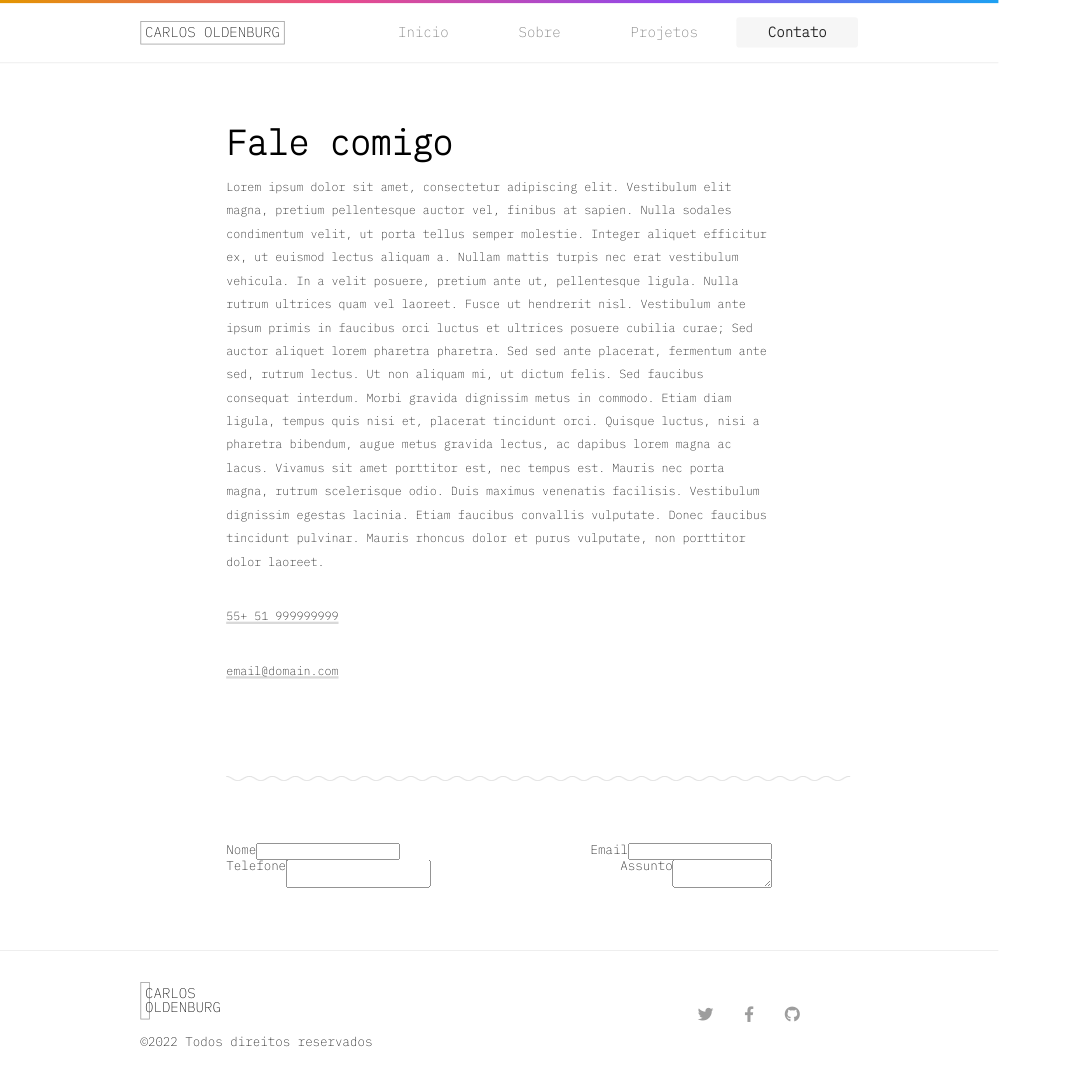
Repository: Carolden/PortfolioCrie
Page: contact.html
These files come from the project's save history. The page is drawn as it stood at one moment and after the next save; the edit follows.
The browser window is 1280 px wide. The page is 1380 px wide, so the pictures cover 1380 px, including what lies to the right of the window. The pictures show the whole page, at 78% of full size.

Above is the page before, as saved 2023-05-25 13:15:02.

### contact.html
<!DOCTYPE html>
<html lang="pt-BR">
<head>
    <meta charset="UTF-8">
    <meta http-equiv="X-UA-Compatible" content="IE=edge">
    <meta name="viewport" content="width=device-width, initial-scale=1.0">
    <title>Carlos Eduardo Oldenburg</title>

    <link rel="stylesheet" href="styles/base/reset.css">
    <link rel="stylesheet" href="styles/base/body.css">
    <link rel="stylesheet" href="styles/components/contact.css">
    <link rel="stylesheet" href="styles/layout/container.css">
    <link rel="stylesheet" href="styles/components/divisor.css">
    <link rel="stylesheet" href="styles/layout/footer.css">
    <link rel="stylesheet" href="styles/layout/header.css">
    <link rel="stylesheet" href="styles/layout/index__section.css">
    <link rel="stylesheet" href="styles/components/about__text.css">
    <link rel="stylesheet" href="styles/components/header__a.css">
    <link rel="stylesheet" href="styles/components/header__nav.css">
    <link rel="stylesheet" href="styles/components/hr.css">
    <link rel="stylesheet" href="styles/components/img__container.css">
    <link rel="stylesheet" href="styles/components/img__projeto.css">
    <link rel="stylesheet" href="styles/components/name__box.css">
    <link rel="stylesheet" href="styles/components/project__a.css">
    <link rel="stylesheet" href="styles/components/project__container.css">
    <link rel="stylesheet" href="styles/components/project__index.css">
    <link rel="stylesheet" href="styles/components/section__contact.css">
    <link rel="stylesheet" href="styles/components/section__image.css">
    <link rel="stylesheet" href="styles/components/section__p.css">
    <link rel="stylesheet" href="styles/components/section__title.css">
    <link rel="stylesheet" href="styles/components/work.css">
    <link rel="stylesheet" href="sobre.html">

    <link rel="preconnect" href="https://fonts.googleapis.com">
    <link rel="preconnect" href="https://fonts.gstatic.com" crossorigin>
    <link href="https://fonts.googleapis.com/css2?family=IBM+Plex+Mono:wght@200&family=Open+Sans:wght@800&display=swap" rel="stylesheet">
    <link rel="stylesheet" href="https://cdnjs.cloudflare.com/ajax/libs/font-awesome/6.4.0/css/all.min.css">


</head>
<body>

    <header class="header">

        <div class="name__container">
            <h2 class="name__box">CARLOS OLDENBURG</h2>
        </div>

        <nav class="header__nav">
            <a href="index.html" class="header__a">Inicio</a>
            <a href="sobre.html" class="header__a"> Sobre</a>
            <a href="projetos.html" class="header__a">Projetos</a>
            <a href="contact.html" class="header__a active">Contato</a>
        </nav>

    </header>

    <section>

        <div class="about__text">

        <h1 class="section__title section--align">Fale comigo</h1>
        <p class="section__p about--p">Lorem ipsum dolor sit amet, consectetur adipiscing elit. Vestibulum elit magna, pretium pellentesque auctor vel, finibus at sapien. Nulla sodales condimentum velit, ut porta tellus semper molestie. Integer aliquet efficitur ex, ut euismod lectus aliquam a. Nullam mattis turpis nec erat vestibulum vehicula.

            In a velit posuere, pretium ante ut, pellentesque ligula. Nulla rutrum ultrices quam vel laoreet. Fusce ut hendrerit nisl. Vestibulum ante ipsum primis in faucibus orci luctus et ultrices posuere cubilia curae; Sed auctor aliquet lorem pharetra pharetra. Sed sed ante placerat, fermentum ante sed, rutrum lectus. Ut non aliquam mi, ut dictum felis.

            Sed faucibus consequat interdum. Morbi gravida dignissim metus in commodo. Etiam diam ligula, tempus quis nisi et, placerat tincidunt orci. Quisque luctus, nisi a pharetra bibendum, augue metus gravida lectus, ac dapibus lorem magna ac lacus. Vivamus sit amet porttitor est, nec tempus est.

            Mauris nec porta magna, rutrum scelerisque odio. Duis maximus venenatis facilisis. Vestibulum dignissim egestas lacinia. Etiam faucibus convallis vulputate. Donec faucibus tincidunt pulvinar. Mauris rhoncus dolor et purus vulputate, non porttitor dolor laoreet.</p>

        </div>

        <p class="section__p about--p container contact">55+ 51 999999999</p>

        <p class="section__p about--p container contact">email@domain.com</p>

        <div class="div__divisor index--divisor">

            <img src="images/Divisor.png" alt="" class="img__divisor">

        </div>

    </section>

    <section class="container">

        <form action="">

            <div class="contactrow">

                <div class="contactcolumn">

                    <label for="nome" class="label">Nome</label>
                    <input id="nome" type="text" class="input">

                </div>
                <div class="contactcolumn"></div>

                    <label for="email" class="label">Email</label><br>
                    <input id="email" required type="email" class="input">

                </div>

            </div>

            <div class="contactrow">

                <div class="contactcolumn">

                    <label for="telefone" class="label">Telefone</label><br>
                    <input id="telefone" type="tel">

                </div>

                <div class="contactcolumn"></div>
                    <label for="msg" class="label">Assunto</label><br>
                    <textarea id="msg" class="textarea"></textarea>
                </div>
            </div>
        </form>

    </section>












    <footer class="footer">

        <div class="name__container footer__column">

            <h2 class="name__box name--footer">CARLOS OLDENBURG</h2>
            <p class="footer__p">©2022 Todos direitos reservados</p>

        </div>

        <div class="footer__column footer__icons">

            <i class="fa-brands fa-twitter contact__icon"></i>
            <i class="fa-brands fa-facebook-f contact__icon"></i>
            <i class="fa-brands fa-github contact__icon"></i>

        </div>

    </footer>



</body>
</html>

### styles/base/body.css
body {
    font-family: 'IBM Plex Mono', monospace;
    overflow-y: scroll;
}

### styles/components/contact.css
.contact {
    padding: 20px 0 20px 0;
    text-decoration: underline 3px #D9D9D9;
    line-height: 30px;
}

.contactrow {
    display: flex;
    width: 100%;
    justify-content: space-around
}

.contactcolumn {
    width: 50%;
    display: flex;
}

.label {
    display: block;
    margin-bottom: 5px;
}

### styles/layout/container.css
.container {
    padding: 0 290px 0 290px;
}

### styles/components/divisor.css
.img__divisor {
    padding: 0 290px 0 290px;
    color: #EAEAEA;
    width: 100%;

}

.div__divisor {
    display: flex;
}

.index--divisor {
    margin: 80px 0 80px 0;
}

### styles/layout/footer.css
.footer {
    display: flex;
    box-sizing: border-box;
    align-items: center;
    border-top: 1px solid #EAEAEA;
    margin-top: 80px;
    align-items: center;
}

.name--footer {
    margin: 40px 550px 20px 180px;
}

footer p {
    margin: 0 0 40px 180px;
}

.footer__column {
    width: 50%;
}

.footer__icons {
    text-align: center;
}

### styles/layout/header.css
.header {
    display: flex;
    justify-content: space-between;
    height: 80px;
    width: 100%;
    left: 0px;
    top: 4px;
    border-radius: 0px;
    box-sizing: border-box;
    /* position: absolute; */
    align-items: center;
    border-top: 4px;
    border-image: linear-gradient(to right, #E39600, #EA4C89, #8F48EB, #1DA1F2) 1;
    border-style: solid;
}

### styles/layout/index__section.css
.index__section {
    display: flex;
    flex-direction: column;
    align-items: center;
    border-top: 1px solid #EAEAEA;
    padding: 80px 0 50px 0;
}

### styles/components/about__text.css
.about__text {
    /* display: flex; */
    padding: 80px 290px 0 290px;
    align-items: left;
    flex-direction: column;
    border-top: 1px solid #EAEAEA;
}

### styles/components/header__a.css
.header__a {
    padding: 40px;
    text-decoration: none;
    color: #6C6C6C;
    font-size: 18px;
}

.active {
    color: #242424;
    font-weight: 600;
    background: #F6F6F6;
    border-radius: 4px;
    padding-top: 8px;
    padding-bottom: 8px;
}

### styles/components/header__nav.css
.header__nav {
    margin-right: 180px;
}

### styles/components/hr.css
.hr {
    padding: 0 290px 0 290px;
    color: #EAEAEA;
    width: 100%;

}

### styles/components/img__container.css
.img__container {
    display: flex;
    justify-content: center;
    align-items: center;
}

### styles/components/img__projeto.css
.img__projeto {
    width: 1000px;
    height: 500px;
    align-items: center;
    margin-bottom: 40px;
}

.img--cover {
    object-fit: cover;
}

### styles/components/name__box.css
.name__box {
    border: 1px solid #9D9D9D;
    padding: 5px;
    margin-left: 180px;
    font-size: 18px;
}

### styles/components/project__a.css
.project__a {
    text-decoration: none;
    color: inherit;
}

### styles/components/project__container.css
.project__container {
    display: flex;
    flex-direction: column;
    padding-bottom: 80px;
}

.project__container:last-child {
    padding-bottom: 40px;
}

### styles/components/project__index.css
.project__h2 {
    padding-bottom: 80px;
    font-size: 24px;
    font-weight: 600;
}

.project__index {
    border: 1px solid #EAEAEA;
    margin: 0 290px 20px 290px;
    display: flex;
    background-color: #FAFAFA;
}

.project__icon {
    font-size: 80px;
    padding: 40px 20px 40px 40px;
    color: #E39600;
}

.project__h3 {
    font-size: 18px;
    font-weight: 600;
    padding: 40px 0 20px 20px;
    line-height: 30px;
}

.project__p {
    padding: 0 40px 40px 20px;
    line-height: 30px;
}

.icon--color--pink {
    color: #EA4C89;
}

### styles/components/section__contact.css
.section__contact {
    display: flex;
    margin: 0 280px 0 280px;
    align-items: center;
}

.contact__icon {
    padding: 15px;
    font-size: 20px;
    color: #9D9D9D;
}

.contact__button {
    text-decoration: none;
    padding-left: 15px;
    color: #363636;
    font-weight: 600;
    font-size: 15px;
    border: 1px solid #EAEAEA;
    border-radius: 20px;
    background: #FAFAFA;
    padding: 10px 15px;
    margin-left: 15px;
}

### styles/components/section__image.css
.section__image {
    width: 800px;
    height: 800px;
    padding: 40px 0 55px 0;

}

### styles/components/section__p.css
.section__p {
    font-size: 15px;
    font-weight: 400;
    line-height: 30px;
    letter-spacing: 0em;
    text-align: left;
    margin: 0 280px 0 280px;
    line-height: 30px;
}

.about--p {
    margin: 0;
    padding-bottom: 40px;
}

### styles/components/section__title.css
.section__title {
    font-size: 44px;
    font-weight: 600;
}

.section--align {
    text-align: left;
    padding-bottom: 20px;
}

### styles/components/work.css
.work__title {
    font-size: 24px;
    font-weight: 600;
    padding-bottom: 40px;
}

.work__container {
    display: flex;
    justify-content: space-between;
    padding-bottom: 20px;
}

.work {
    margin-left: 290px;
    margin-right: 290px;
}

.work__subtitle {
    font-size: 18px;
    font-weight: 600;
}

.work__p {
    font-size: 15px;
    font-weight: 400;
}

### sobre.html
<!DOCTYPE html>
<html lang="pt-BR">
<head>
    <meta charset="UTF-8">
    <meta http-equiv="X-UA-Compatible" content="IE=edge">
    <meta name="viewport" content="width=device-width, initial-scale=1.0">
    <title>Carlos Eduardo Oldenburg</title>

    <link rel="stylesheet" href="styles/base/reset.css">
    <link rel="stylesheet" href="styles/base/body.css">
    <link rel="stylesheet" href="styles/components/contact.css">
    <link rel="stylesheet" href="styles/layout/container.css">
    <link rel="stylesheet" href="styles/components/divisor.css">
    <link rel="stylesheet" href="styles/layout/footer.css">
    <link rel="stylesheet" href="styles/layout/header.css">
    <link rel="stylesheet" href="styles/layout/index__section.css">
    <link rel="stylesheet" href="styles/components/about__text.css">
    <link rel="stylesheet" href="styles/components/header__a.css">
    <link rel="stylesheet" href="styles/components/header__nav.css">
    <link rel="stylesheet" href="styles/components/hr.css">
    <link rel="stylesheet" href="styles/components/img__container.css">
    <link rel="stylesheet" href="styles/components/img__projeto.css">
    <link rel="stylesheet" href="styles/components/name__box.css">
    <link rel="stylesheet" href="styles/components/project__a.css">
    <link rel="stylesheet" href="styles/components/project__container.css">
    <link rel="stylesheet" href="styles/components/project__index.css">
    <link rel="stylesheet" href="styles/components/section__contact.css">
    <link rel="stylesheet" href="styles/components/section__image.css">
    <link rel="stylesheet" href="styles/components/section__p.css">
    <link rel="stylesheet" href="styles/components/section__title.css">
    <link rel="stylesheet" href="styles/components/work.css">
    <link rel="stylesheet" href="sobre.html">

    <link rel="preconnect" href="https://fonts.googleapis.com">
    <link rel="preconnect" href="https://fonts.gstatic.com" crossorigin>
    <link href="https://fonts.googleapis.com/css2?family=IBM+Plex+Mono:wght@200&family=Open+Sans:wght@800&display=swap" rel="stylesheet">
    <link rel="stylesheet" href="https://cdnjs.cloudflare.com/ajax/libs/font-awesome/6.4.0/css/all.min.css">

</head>
<body>

    <header class="header">

        <div class="name__container">
            <h2 class="name__box">CARLOS OLDENBURG</h2>
        </div>

        <nav class="header__nav">
            <a href="index.html" class="header__a">Inicio</a>
            <a href="sobre.html" class="header__a active"> Sobre</a>
            <a href="projetos.html" class="header__a">Projetos</a>
            <a href="contact.html" class="header__a">Contato</a>
        </nav>

    </header>

    <section>

        <div class="about__text">

        <h1 class="section__title section--align">Olá, meu nome é Carlos!</h1>
        <p class="section__p about--p">Lorem ipsum dolor sit amet, consectetur adipiscing elit. Vestibulum elit magna, pretium pellentesque auctor vel, finibus at sapien. Nulla sodales condimentum velit, ut porta tellus semper molestie. Integer aliquet efficitur ex, ut euismod lectus aliquam a. Nullam mattis turpis nec erat vestibulum vehicula.

            In a velit posuere, pretium ante ut, pellentesque ligula. Nulla rutrum ultrices quam vel laoreet. Fusce ut hendrerit nisl. Vestibulum ante ipsum primis in faucibus orci luctus et ultrices posuere cubilia curae; Sed auctor aliquet lorem pharetra pharetra. Sed sed ante placerat, fermentum ante sed, rutrum lectus. Ut non aliquam mi, ut dictum felis.

            Sed faucibus consequat interdum. Morbi gravida dignissim metus in commodo. Etiam diam ligula, tempus quis nisi et, placerat tincidunt orci. Quisque luctus, nisi a pharetra bibendum, augue metus gravida lectus, ac dapibus lorem magna ac lacus. Vivamus sit amet porttitor est, nec tempus est.

            Mauris nec porta magna, rutrum scelerisque odio. Duis maximus venenatis facilisis. Vestibulum dignissim egestas lacinia. Etiam faucibus convallis vulputate. Donec faucibus tincidunt pulvinar. Mauris rhoncus dolor et purus vulputate, non porttitor dolor laoreet.</p>

        </div>

    </section>

    <div class="div__divisor index--divisor">

        <img src="images/Divisor.png" alt="" class="img__divisor">

    </div>

    <section class="work">

        <h2 class="work__title">Trabalho</h2>

        <div class="work__container">
            <h3 class="work__subtitle">Virtude Informática</h3>
            <p>Técnico de informática   -   2020 -&emsp;&emsp;&emsp;</p>
        </div>

        <div class="work__container">
            <h3 class="work__subtitle">Sustentare Seguros</h3>
            <p>Auxiliar Administrativo   -   2019 - 2020</p>
        </div>

        <div class="work__container">
            <h3 class="work__subtitle">Banrisul</h3>
            <p class="work__p">Estagiário   -   2017 - 2019</p>
        </div>

    </section>

    <div class="div__divisor index--divisor">

        <img src="images/Divisor.png" alt="" class="img__divisor">

    </div>

    <section class="work">

        <h2 class="work__title">Escolaridade e Cursos</h2>

        <div class="work__container">
            <h3 class="work__subtitle">Univates - Curso Intensivo de Programação</h3>
            <p>Crie_TI   -   2023 -&emsp;&emsp;&emsp;</p>
        </div>

        <div class="work__container">
            <h3 class="work__subtitle">UNINTER - Bacharelado</h3>
            <p>Engenharia de Software   -   2021 -&emsp;&emsp;&emsp;</p>
        </div>

        <div class="work__container">
            <h3 class="work__subtitle">EEEPE - Curso Técnico</h3>
            <p>Técnico de Informática   -   2020 - 2021</p>
        </div>

        <div class="work__container">
            <h3 class="work__subtitle">Univates - Bacharelado</h3>
            <p>Administração de Empresas   -   2014 - 2019</p>
        </div>

    </section>

    <footer class="footer">

        <div class="name__container footer__column">

            <h2 class="name__box name--footer">CARLOS OLDENBURG</h2>
            <p class="footer__p">©2022 Todos direitos reservados</p>

        </div>

        <div class="footer__column footer__icons">

            <i class="fa-brands fa-twitter contact__icon"></i>
            <i class="fa-brands fa-facebook-f contact__icon"></i>
            <i class="fa-brands fa-github contact__icon"></i>

        </div>

    </footer>

</body>
</html>

Loaded but not shown: styles/base/reset.css (common file)

After the next save:
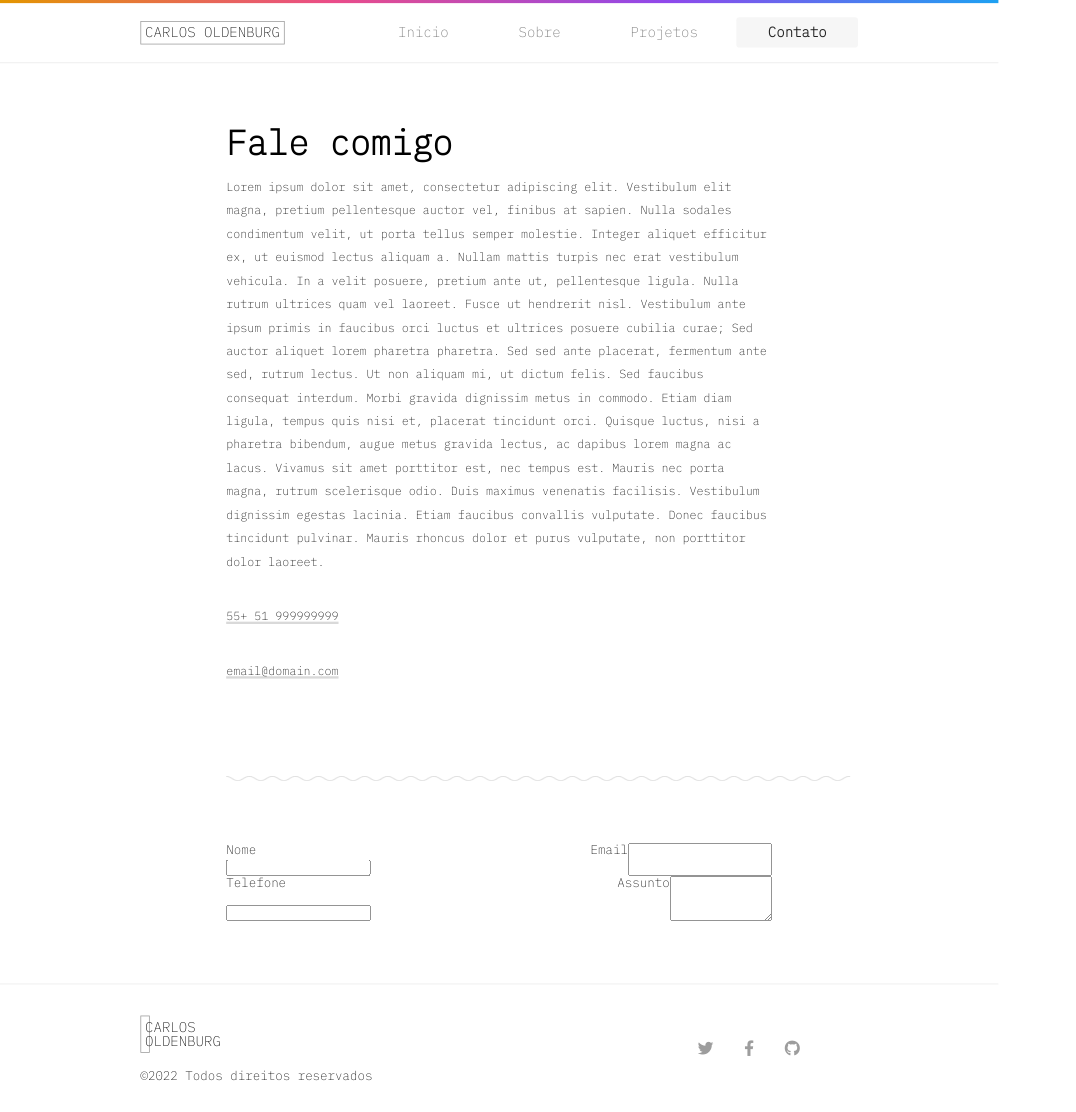
Saved 40 s later.
--- a/styles/components/contact.css
+++ b/styles/components/contact.css
@@ -13,6 +13,8 @@
 .contactcolumn {
     width: 50%;
     display: flex;
+    flex-direction: column;
+    align-items: flex-start;
 }
 
 .label {
